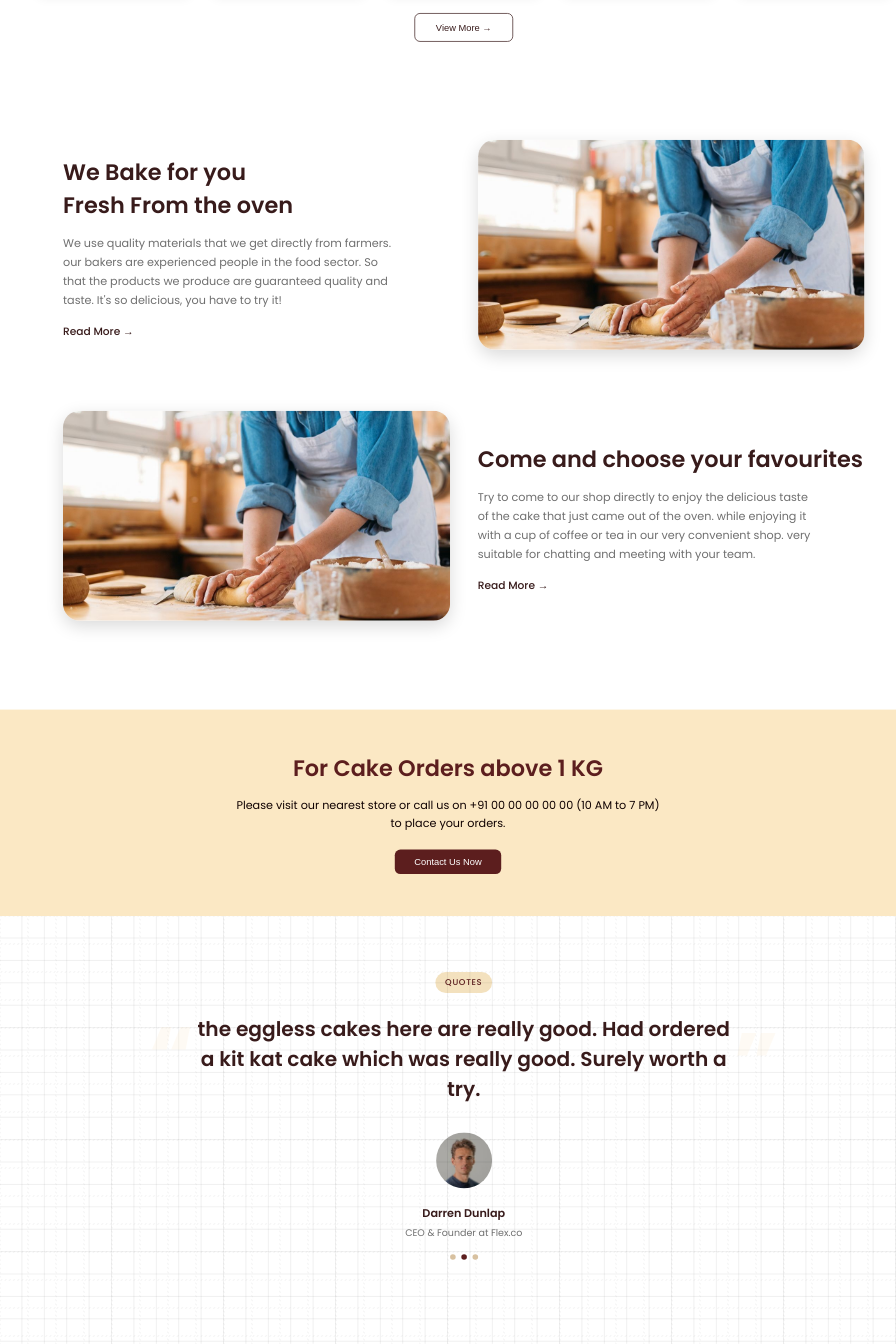
Repository: josegabrielzevallos/chocobrat-bakery-website
Page: index.html
An editor plug-in stored every save of this project. The page is shown before and after the next save, followed by the edit.
The browser window is 1280 px wide. The pictures show the part of the page from y = 1014 to 2934 px (the page is 2934 px tall), at 70% of full size.

Above is the page before, as saved 2025-11-20 17:09:55.

After the next save:
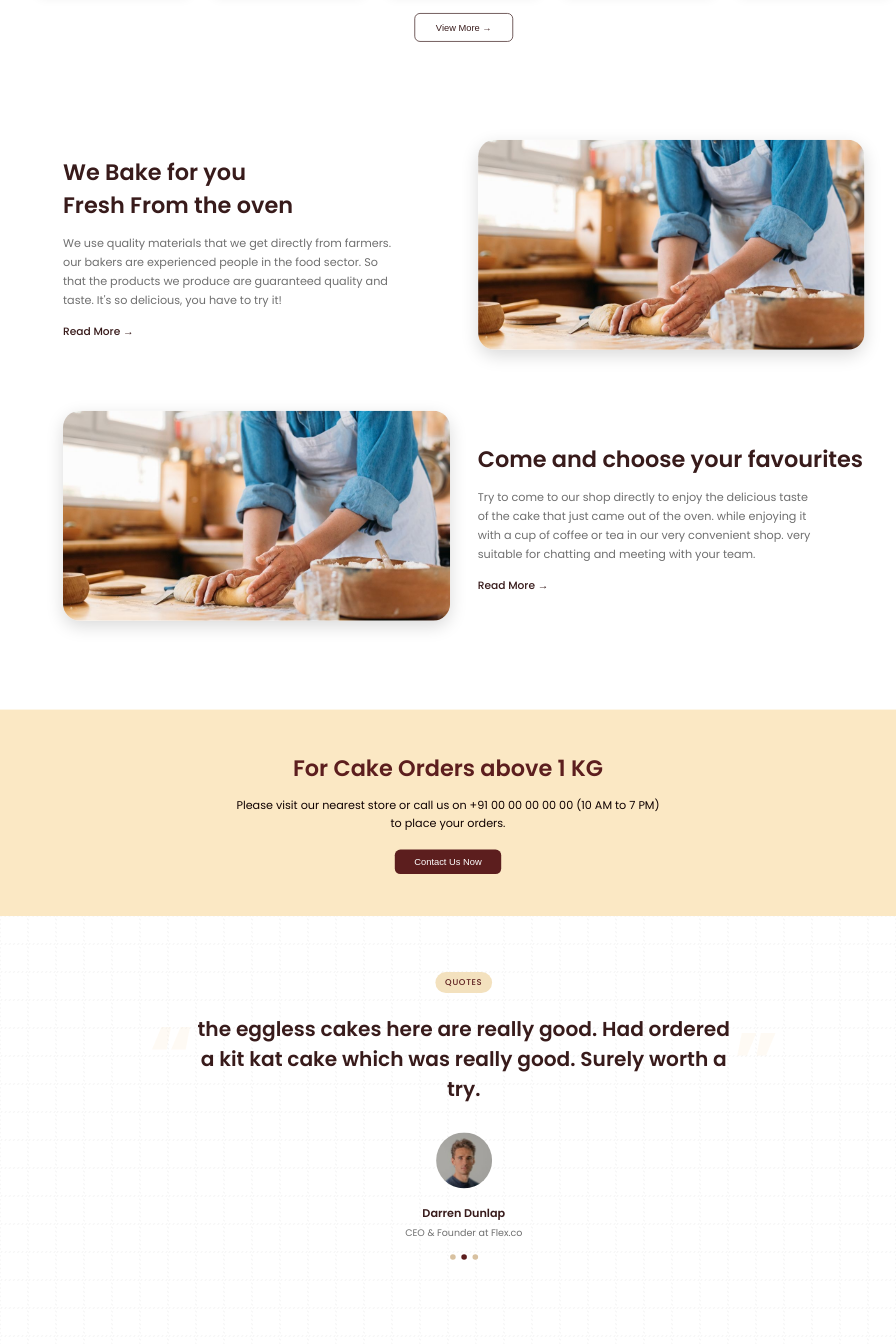
Saved 118 s later.
--- a/styles.css
+++ b/styles.css
@@ -350,19 +350,6 @@ header {
     background-size: 40px 40px;
 }
 
-/* Fondo cuadriculado con líneas punteadas reales */
-.quotes-section::before {
-    content: "";
-    position: absolute;
-    inset: 0;
-
-    background-image:
-        linear-gradient(to right, transparent 0, transparent 30px, rgba(0,0,0,0.06) 30px),
-        linear-gradient(to bottom, transparent 0, transparent 30px, rgba(0,0,0,0.06) 30px);
-
-    background-size: 32px 32px;
-
-}
 
 .quotes-inner {
     text-align: center;
